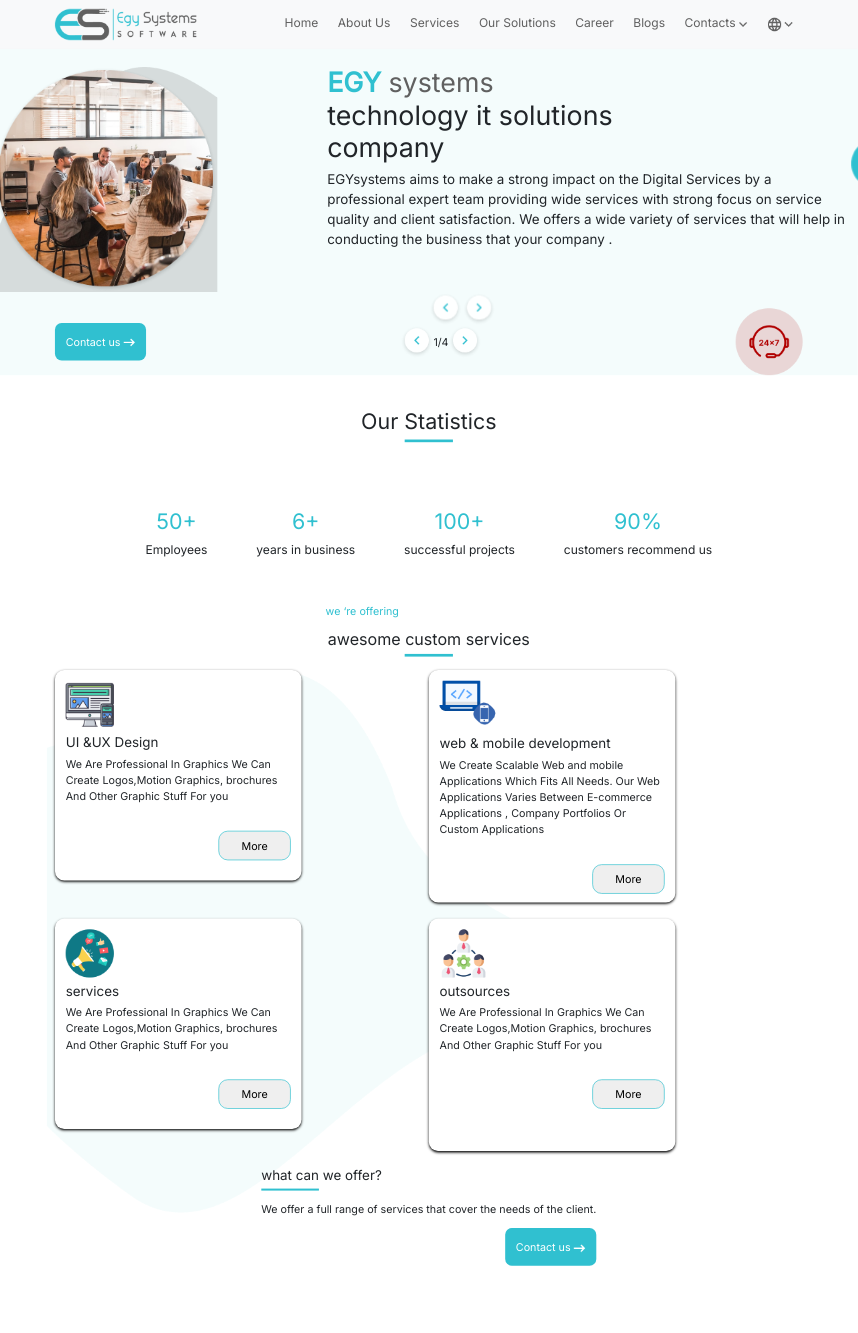
Repository: hamdyAbdelazeim/Egysystem-Home
Page: index.html
The author's editor kept a copy of each file at every save. The page is drawn from the files as they stood at one save, then again after the next save.
The browser window is 1280 px wide. The pictures show the whole page, at 67% of full size.

Above is the page before, as saved 2023-07-13 18:22:23.

After the next save:
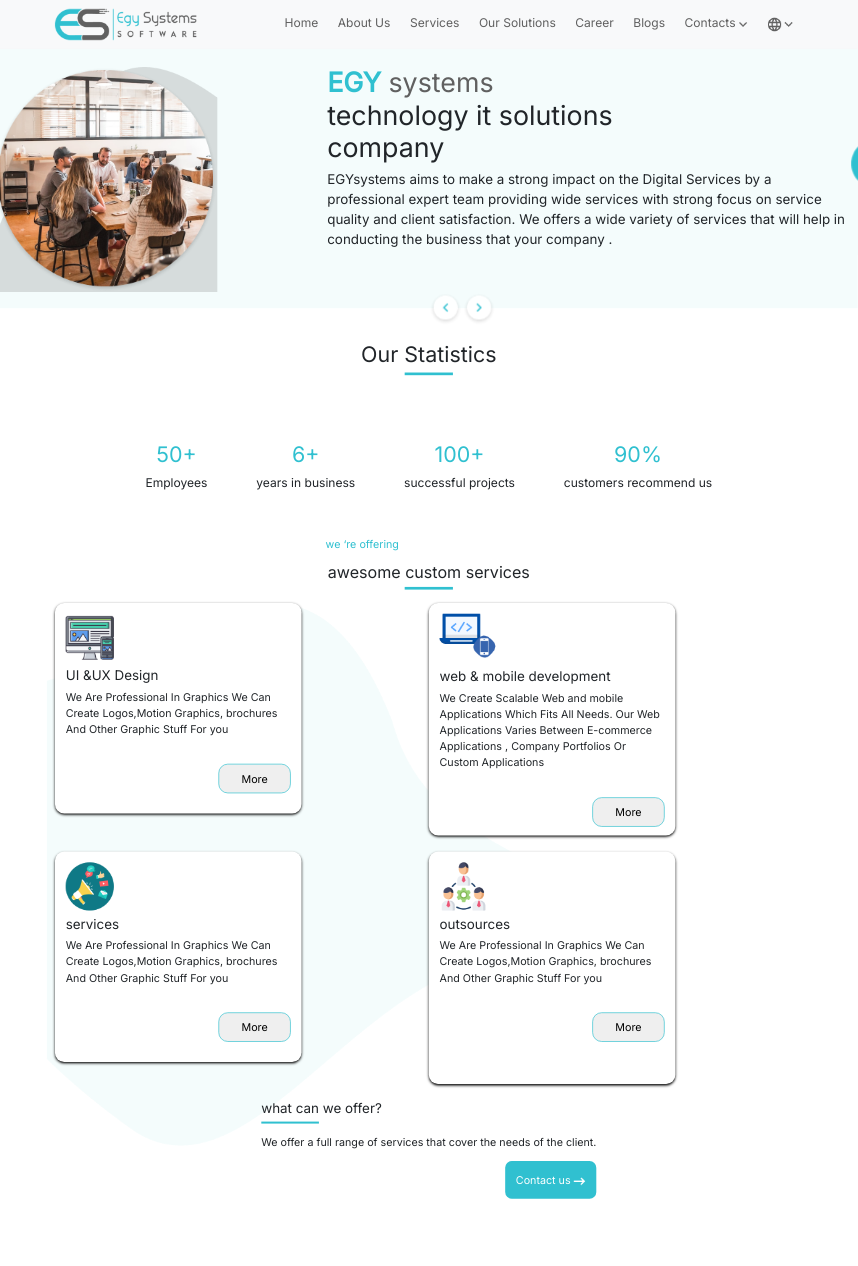
Saved 14 s later.
--- a/index.html
+++ b/index.html
@@ -152,7 +152,7 @@
         </div>
       </div>
 
-      <div class="container d-flex justify-content-between align-items-center">
+      <!-- <div class="container d-flex justify-content-between align-items-center">
         <button class="contactUs-btn">
           Contact us <img src="/assets/Vector (right).png" alt="" />
         </button>
@@ -168,7 +168,7 @@
           </div>
         </div>
         <img src="/assets//chat.png" alt="chat" />
-      </div>
+      </div> -->
     </div>
     <!-- Ending Home  section  -->
     <!-- our statistics Section  -->

After the save that followed:
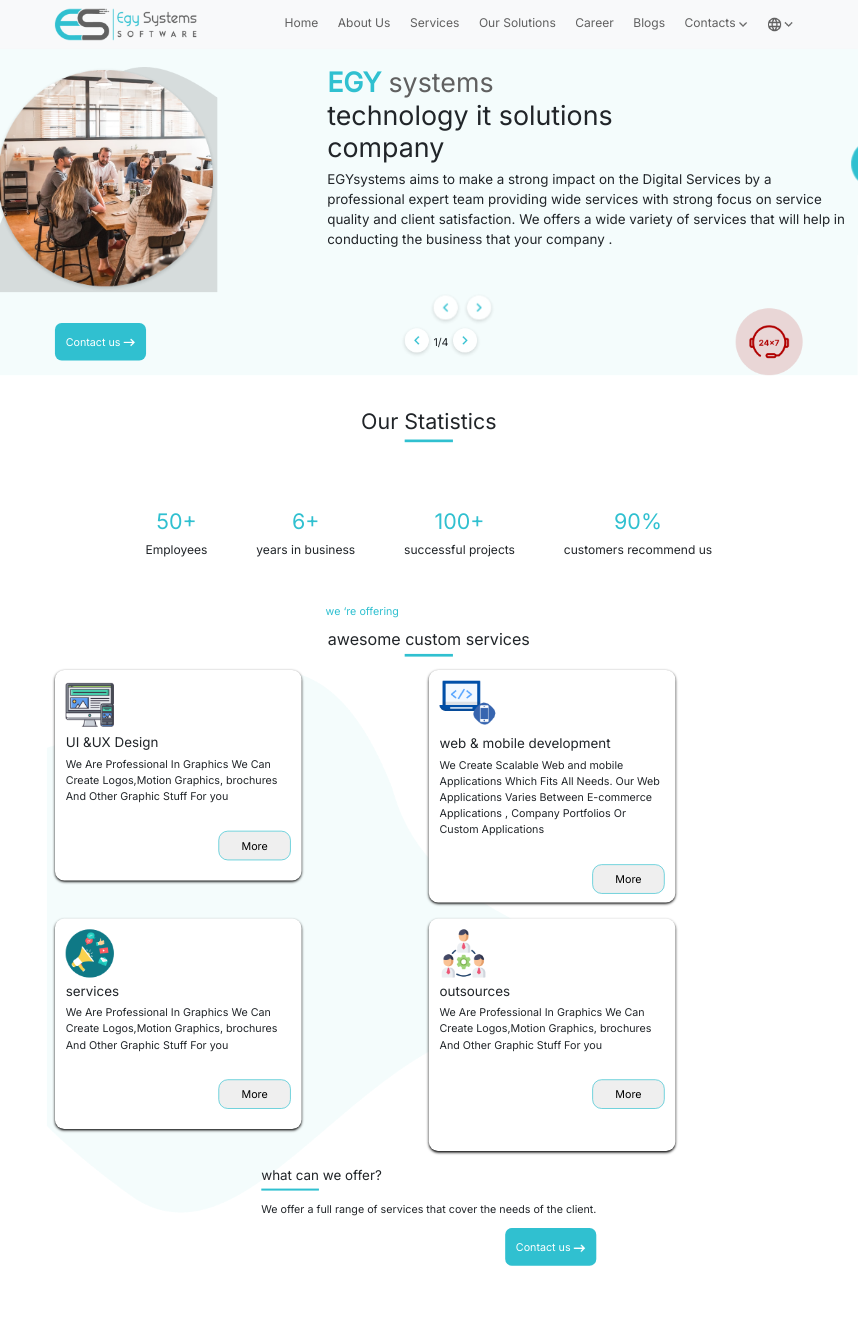
Saved 5 s later.
--- a/index.html
+++ b/index.html
@@ -152,7 +152,7 @@
         </div>
       </div>
 
-      <!-- <div class="container d-flex justify-content-between align-items-center">
+      <div class="container d-flex justify-content-between align-items-center">
         <button class="contactUs-btn">
           Contact us <img src="/assets/Vector (right).png" alt="" />
         </button>
@@ -168,7 +168,7 @@
           </div>
         </div>
         <img src="/assets//chat.png" alt="chat" />
-      </div> -->
+      </div>
     </div>
     <!-- Ending Home  section  -->
     <!-- our statistics Section  -->
